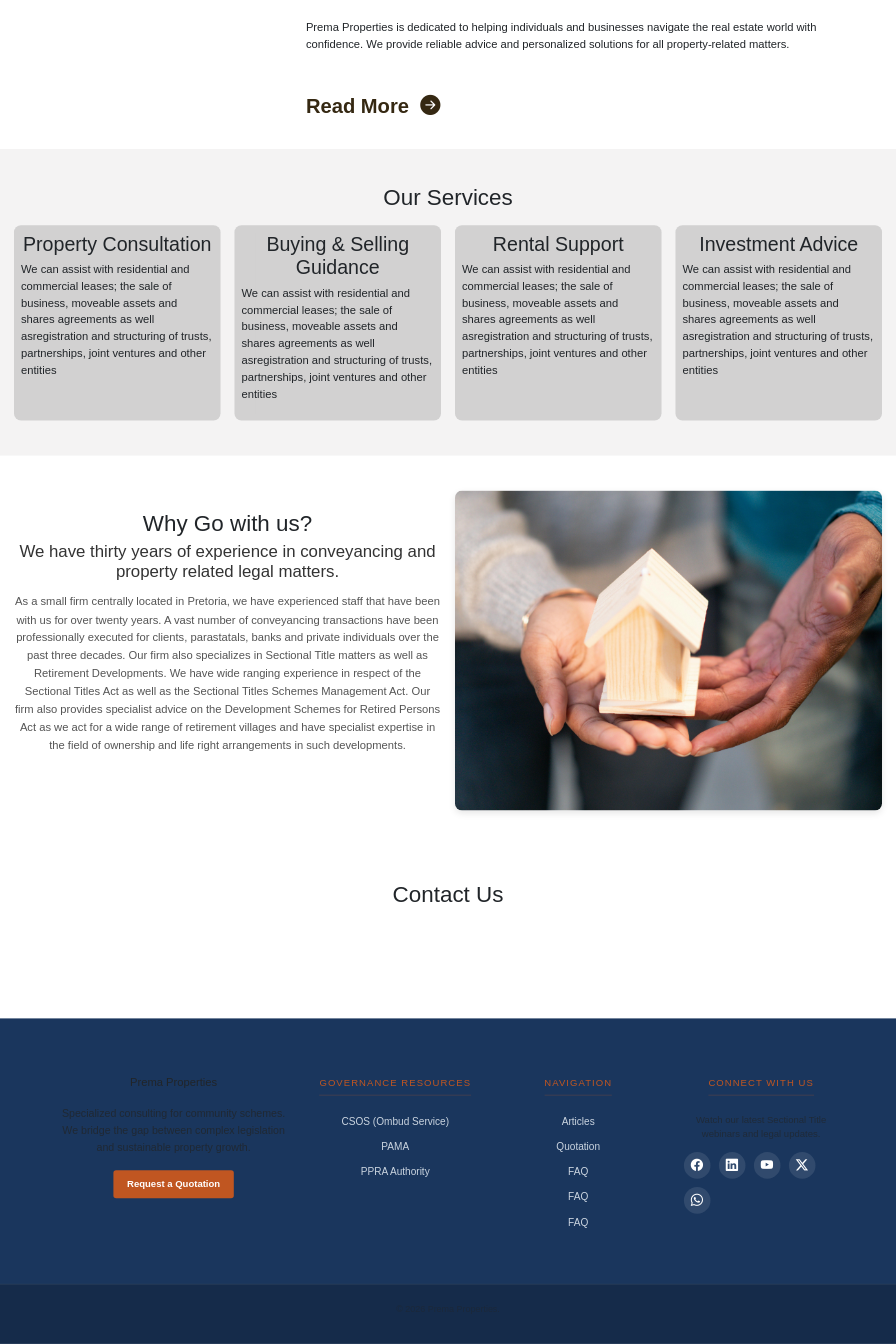
Repository: mnqobiMenzi/Prema-Properties
Page: index.html
An editor plug-in stored every save of this project. The page is shown before and after a run of saves, followed by the edit.
The browser window is 1280 px wide. The pictures show the part of the page from y = 1267 to 3187 px (the page is 3187 px tall before and 3041 px after), at 70% of full size.

Above is the page before, as saved 2026-02-10 12:19:22.

After the next 2 saves:
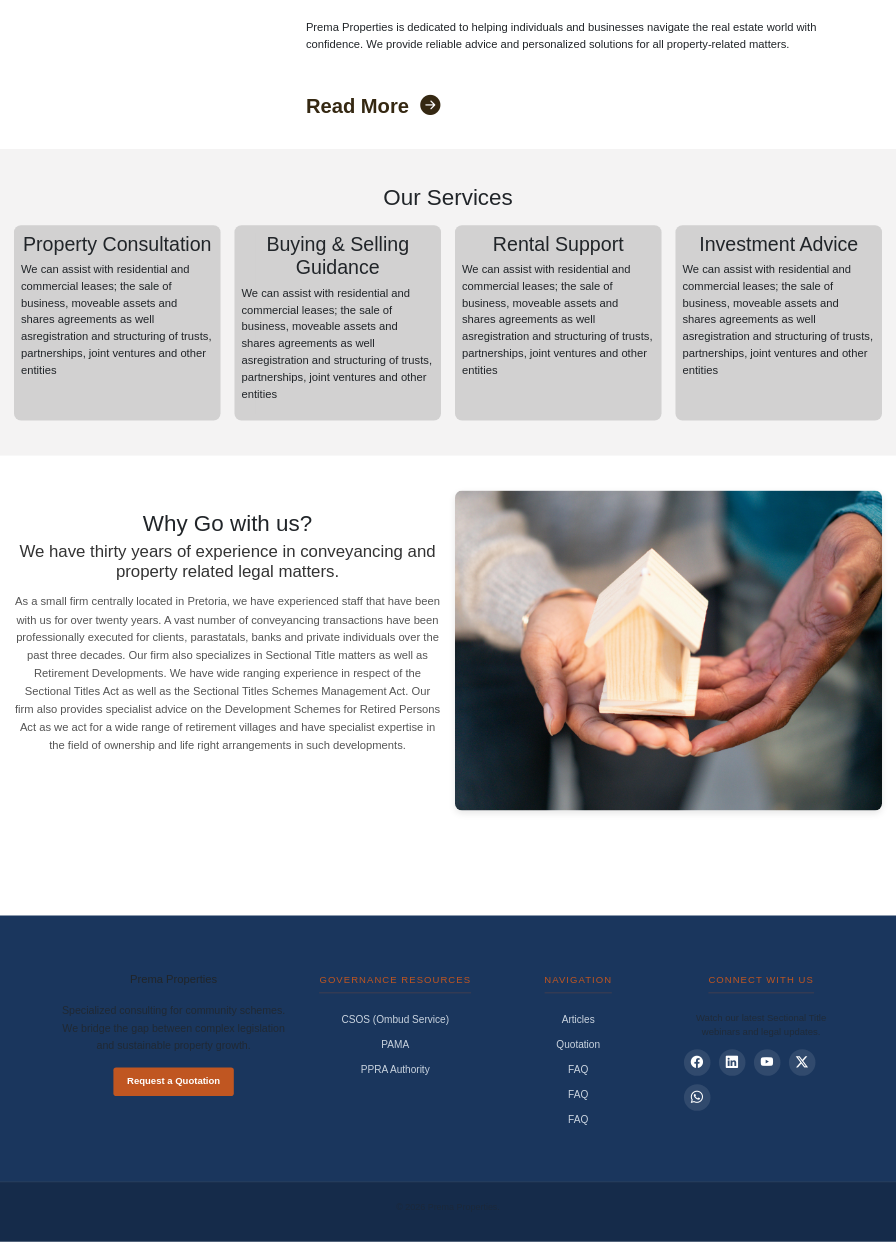
The 2 saves are shown as one change because they came seconds apart.
The last was saved 55 s later.
--- a/index.html
+++ b/index.html
@@ -99,11 +99,6 @@
           <img src="images/pexels-kindelmedia-7579138.jpg" alt="Why Choose Us?">
         </article>
   </section>
-
-  <!-- Contact Section -->
-  <section id="contact-us" class="contact">
-    <h2>Contact Us</h2>
-  </section>
   <!-- Footer -->
   <div id="footer-placeholder"></div>
   <script src="JavaScript/script.js"></script>
